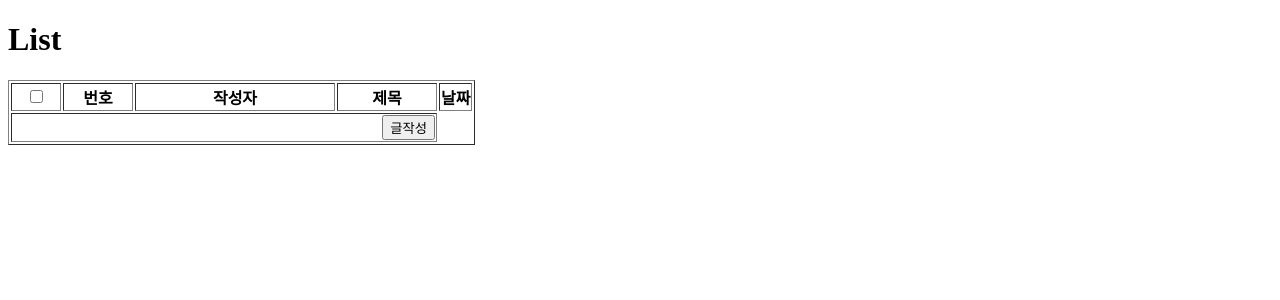
Repository: charamee/Web_kh
Page: http://localhost/Jsp03_MVC/mycontroller.jsp?command=list
An editor plug-in stored every save of this project. The page is shown before and after the next save, followed by the edit.
The browser window is 1280 px wide. The pictures show the whole page.
The page is served by Tomcat 9. Queries for data that is not in the repository find no rows.

Above is the page before, as saved 2021-02-20 14:40:38.

After the next save:
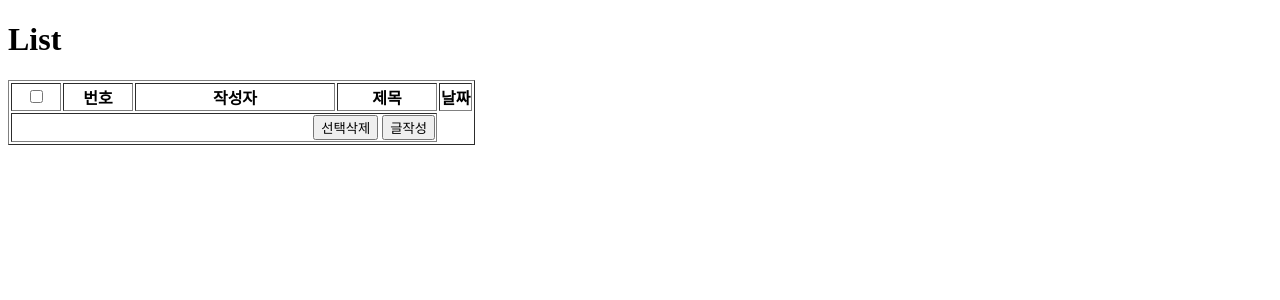
Saved 3 min 16 s later.
--- a/Workspace_WEB/Jsp03_MVC/WebContent/mylist.jsp
+++ b/Workspace_WEB/Jsp03_MVC/WebContent/mylist.jsp
@@ -50,6 +50,7 @@
 %>
 	<tr>
 		<td colspan="4" align="right">
+		<input type="submit" value="선택삭제" onclick="">
 		<input type="button" value="글작성" onclick="location.href='mycontroller.jsp?command=insertform'">
 		</td>
 	</tr>
